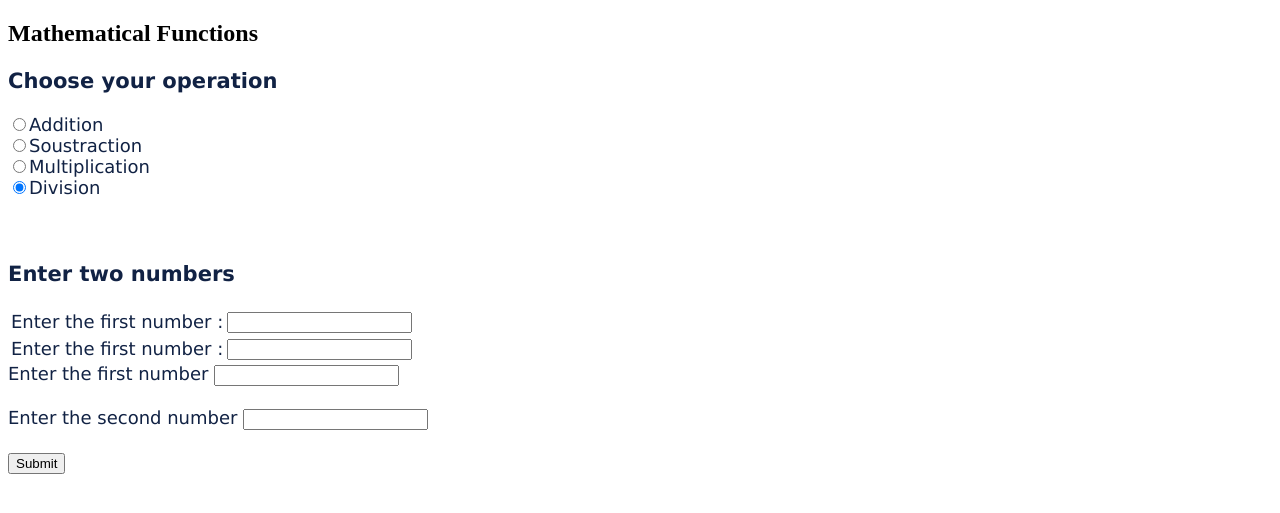
Repository: lemzoo/Formation_JEE
Page: TP_01__Calculateur_JSP/src/main/webapp/AcceptInput.html
An editor plug-in stored every save of this project. The page is shown before and after the next save, followed by the edit.
The browser window is 1280 px wide. The pictures show the whole page.

Above is the page before, as saved 2016-06-20 14:52:34.

After the next save:
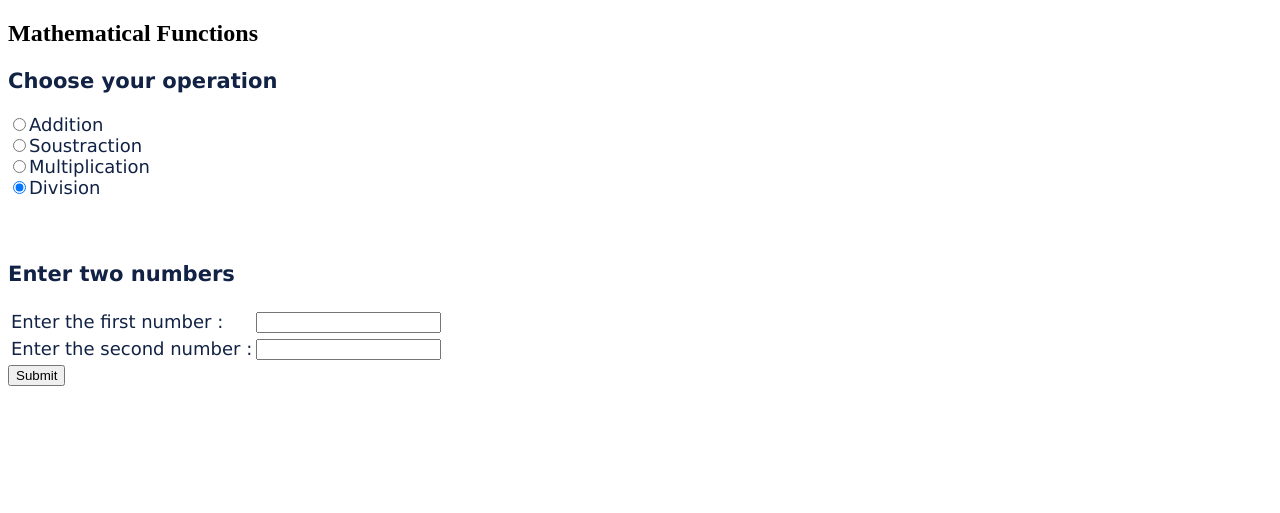
Saved 33 s later.
--- a/TP_01__Calculateur_JSP/src/main/webapp/AcceptInput.html
+++ b/TP_01__Calculateur_JSP/src/main/webapp/AcceptInput.html
@@ -26,21 +26,14 @@
 
 			<tr>
 				<td>
-					<label>Enter the first number : </label>
+					<label>Enter the second number : </label>
 				</td>
 				<td>
-					<input type="number" name="valeur1" value="">
+					<input type="number" name ="valeur2" value="">
 				</td>
 			</tr>
 
 		</table>
-		<label>Enter the first number
-			<input type="number" name="valeur1" value="">
-		</label><br><br>
-		<label>Enter the second number
-			<input type="number" name ="valeur2" value="">
-		</label><br><br>
-
         <input type="Submit" name="valider">
 
 	</form>
